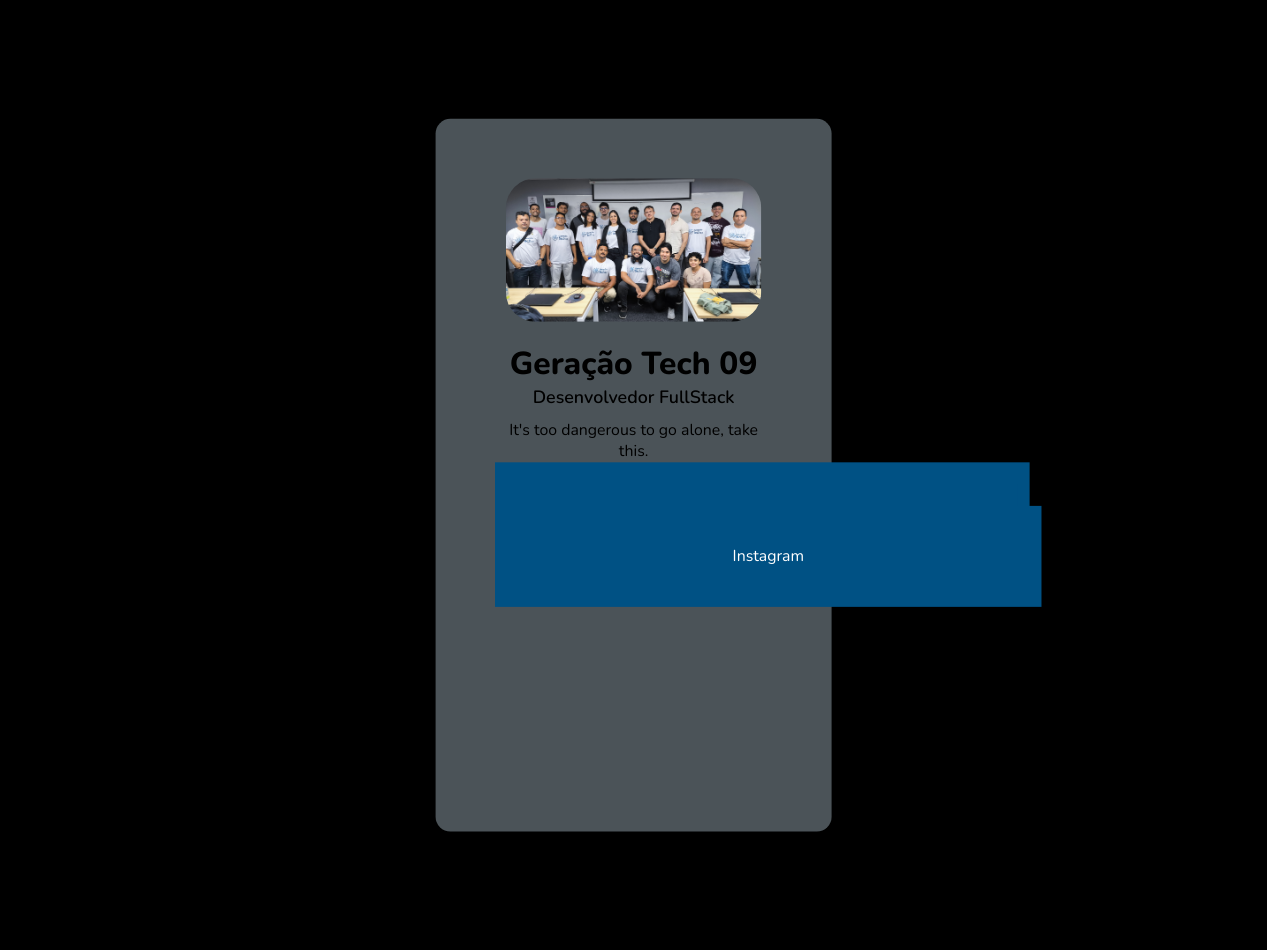
Repository: geracao-09/linktree-gt9
Page: index.html
The author's editor kept a copy of each file at every save. The page is drawn from the files as they stood at one save, then again after the next save.
The browser window is 1280 px wide. The pictures show the whole page, at 99% of full size.

Above is the page before, as saved 2025-04-11 09:09:02.

After the next save:
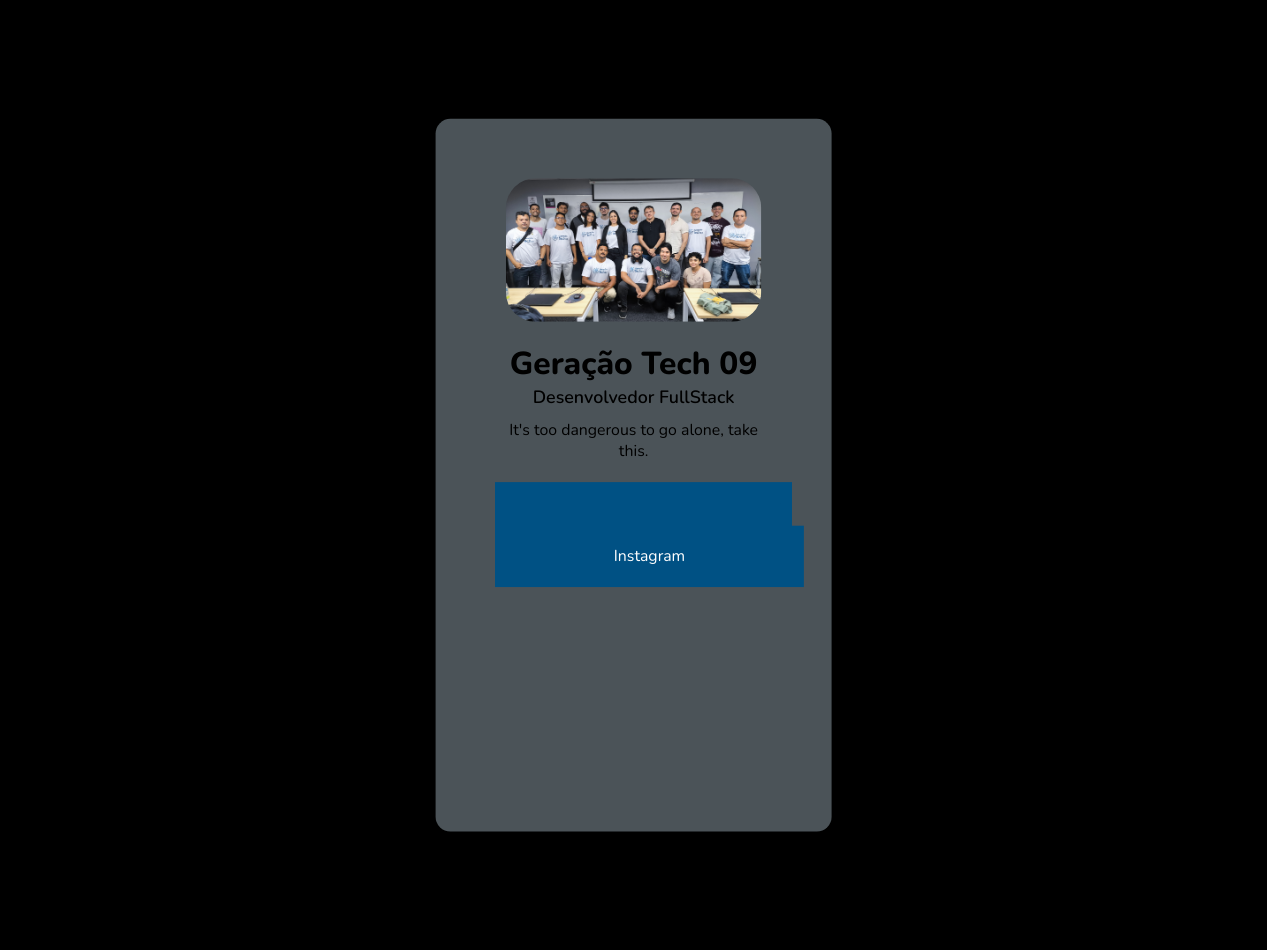
Saved 10 s later.
--- a/style.css
+++ b/style.css
@@ -54,5 +54,5 @@
 .container-social a {
   background-color: #005184;
   margin: 15px 0;
-  padding: 40px 240px;
+  padding: 20px 120px;
 }
